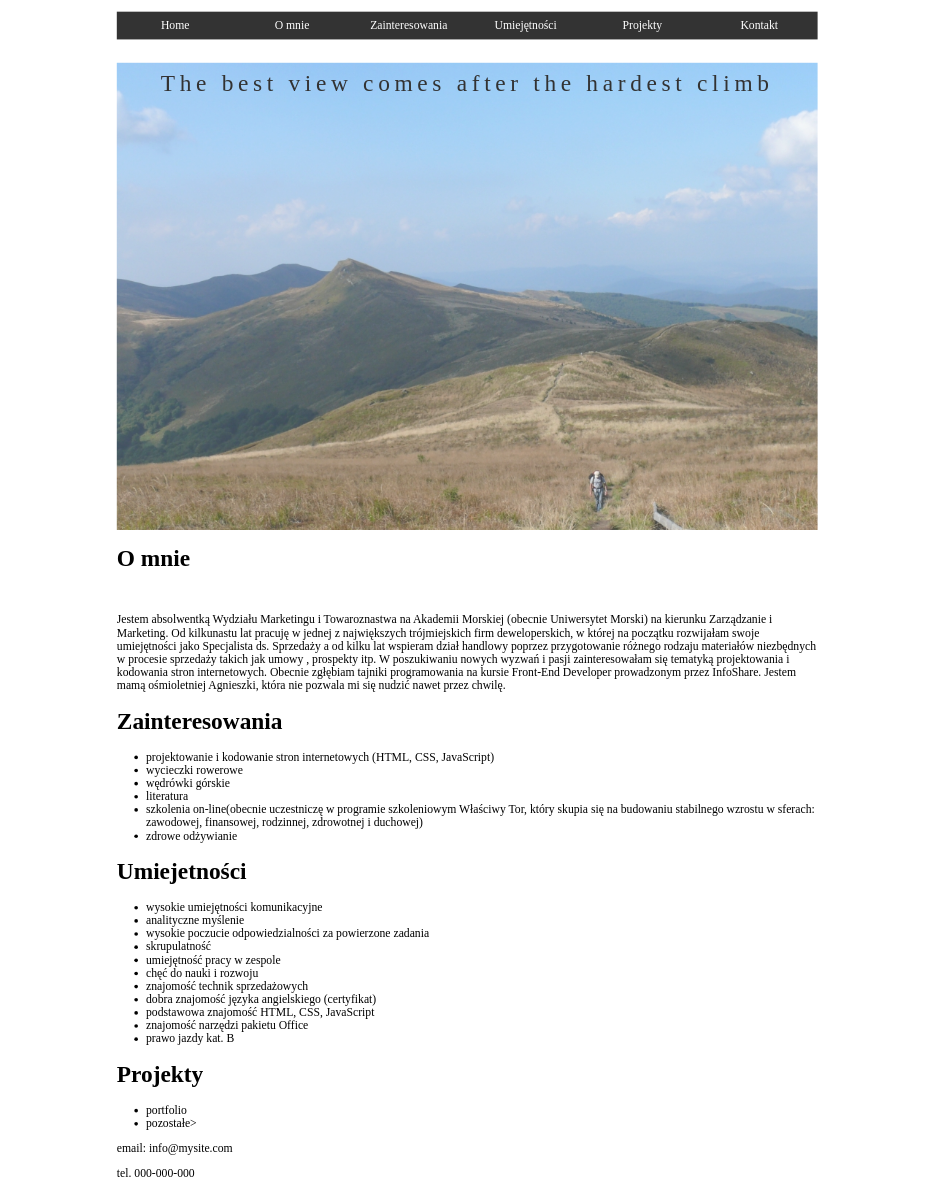
Repository: MagJaw/portfolio
Page: portfolio.html
The author's editor kept a copy of each file at every save. The page is drawn from the files as they stood at one save, then again after the next save.
The browser window is 1280 px wide. The pictures show the whole page, at 73% of full size.

Above is the page before, as saved 2018-11-12 00:20:29.

After the next save:
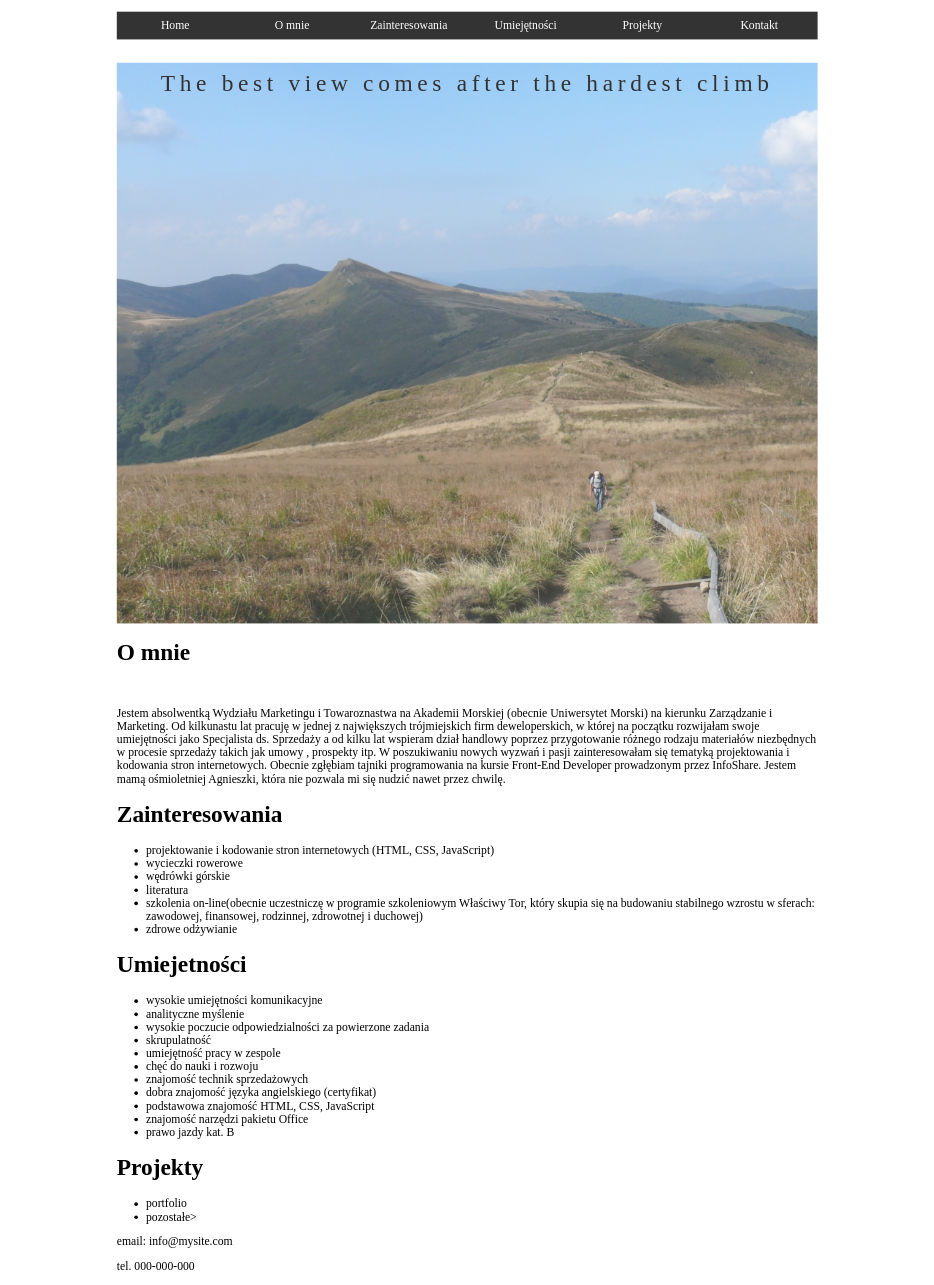
Saved 92 s later.
--- a/main.css
+++ b/main.css
@@ -27,7 +27,7 @@ background-color: #555;
 
 .motto__container {
 width: 100%;
-height: 50vw;
+height: 60vw;
 background-image: url(tapeta.jpg);
 background-color: #555;
 opacity: 0.8;
